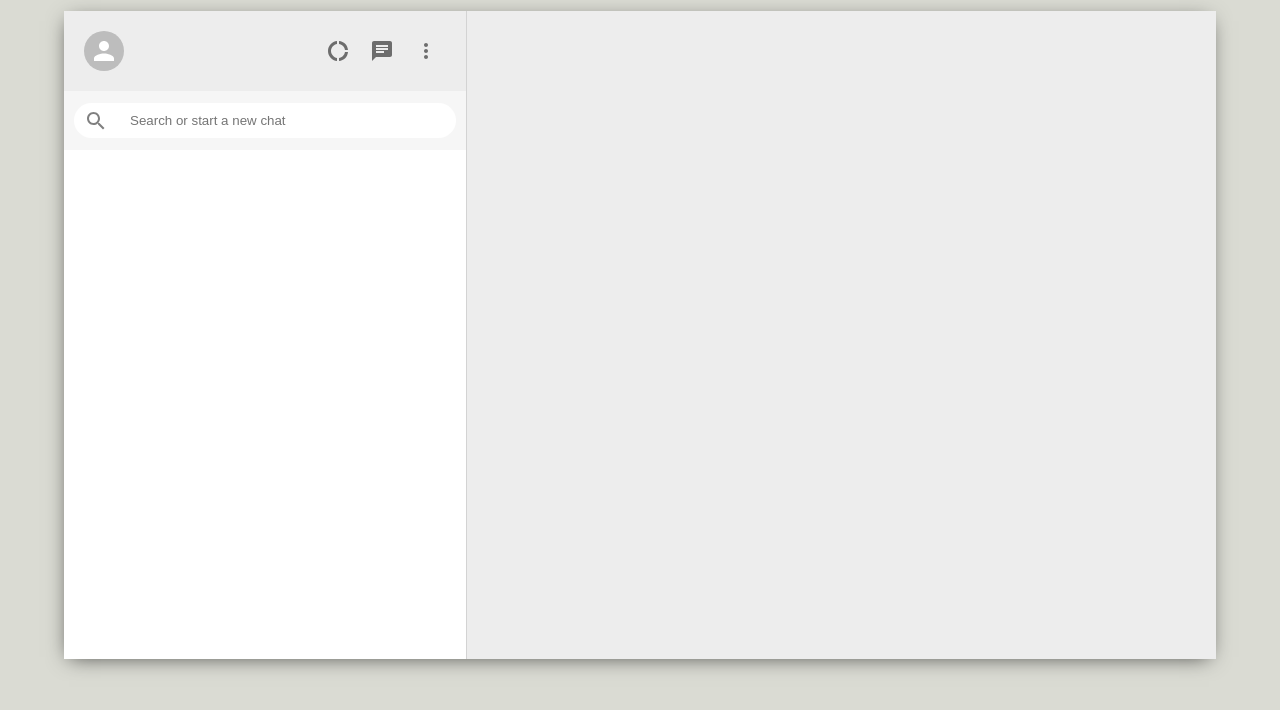
Repository: Aaronlb912/Whatsapp-clone
Page: /
These files come from the project's save history. The page is drawn as it stood at one moment and after a run of saves; the edit follows.
The browser window is 1280 px wide. The pictures show the whole page.
The project was rebuilt for these pictures with package versions that can differ from the ones it lists, and the page was loaded fresh each time. Also part of the build but not shown: src/SidebarChat.css.

Above is the page before, as saved 2022-03-15 14:06:55.

### src/App.jsx
import "./App.css";
import Sidebar from "./Sidebar";

function App() {
  return (
    <div className="app">
      <div className="app__body">
        {/* Sidebar*/}
        <Sidebar />
        {/* Chat */}
      </div>
    </div>
  );
}

export default App;

### src/App.css
.app {
  display: grid;
  place-items: center;
  background-color: #dadbd3;
  height: 100vh;
}

.app__body {
  display: flex;
  background-color: #ededed;
  margin-top: -50px;
  height: 90vh;
  width: 90vw;
  box-shadow: -1px 4px 20px -6px rgba(0, 0, 0, 0.7);
}

### src/Sidebar.jsx
import React from "react";
import "./sidebar.css";
import { Avatar, IconButton } from "@mui/material";

import {
  Chat,
  DonutLarge,
  MoreVert,
  SearchOutlined,
} from "@mui/icons-material";
import SidebarChat from "./SidebarChat";

function Sidebar() {
  return (
    <div className="sidebar">
      <div className="sidebar__header">
        <Avatar />
        <div className="sidebar__headerRight">
          <IconButton>
            <DonutLarge />
          </IconButton>
          <IconButton>
            <Chat />
          </IconButton>
          <IconButton>
            <MoreVert />
          </IconButton>
        </div>
      </div>
      <div className="sidebar__search">
        <div className="sidebar__searchContainer">
          <SearchOutlined />
          <input placeholder="Search or start a new chat" type="text" />
        </div>
      </div>
      <div className="sidebar__chats">
        <SidebarChat />
      </div>
    </div>
  );
}

export default Sidebar;

### src/sidebar.css
.sidebar {
  display: flex;
  flex-direction: column;
  flex: 0.35;
}

.sidebar__search {
  display: flex;
  align-items: center;
  background-color: #f6f6f6;
  height: 39px;
  padding: 10px;
  border-right: 1px solid lightgray;
}

.sidebar__searchContainer {
  display: flex;
  align-items: center;
  background-color: white;
  width: 100%;
  height: 35px;
  border-radius: 20px;
}
.sidebar__searchContainer > input {
  border: none;
  margin-left: 10px;
}
.sidebar__searchContainer > .MuiSvgIcon-root {
  color: gray;
  padding: 10px;
}
.sidebar__header {
  display: flex;
  justify-content: space-between;
  padding: 20px;
  border-right: 1px solid lightgray;
}
.sidebar__headerRight {
  display: flex;
  align-items: center;
  justify-content: space-between;
  min-width: 10vw;
}

.sidebar__headerRight > .MuiSvgIcon-root {
  margin-right: 2vw;
  font-size: 24px !important;
}

.sidebar__chats {
  background-color: white;
  flex: 1;
  border-right: 1px solid lightgray;
  overflow-x: hidden;
  overflow-y: scroll;
}

.sidebar__chats::-webkit-scrollbar {
  display: none;
}

.sidebar__chats {
  -ms-overflow-style: none; /* IE and Edge */
  scrollbar-width: none; /* Firefox */
}

### src/SidebarChat.jsx
import React from 'react'
import './SidebarChat.css'

function SidebarChat() {
  return (
    <div className='sidebarChat'>

    </div>
  )
}

export default SidebarChat

Loaded but not shown: public/index.html (common file); src/index.js (common file); src/index.css (common file); src/reportWebVitals.js (common file)

After the next 6 saves:
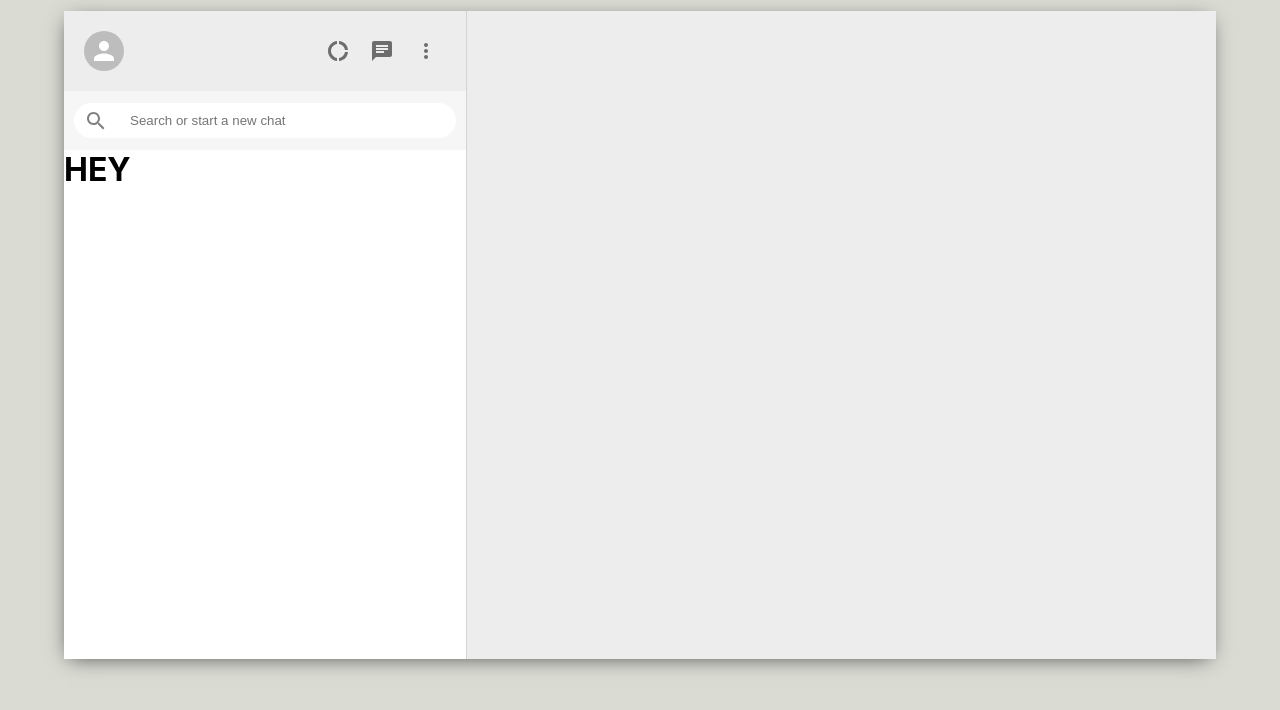
The 6 saves are shown as one change because they came seconds apart.
The last was saved 17 s later.
--- a/src/SidebarChat.jsx
+++ b/src/SidebarChat.jsx
@@ -4,7 +4,7 @@ import './SidebarChat.css'
 function SidebarChat() {
   return (
     <div className='sidebarChat'>
-
+        <h1>HEY</h1>
     </div>
   )
 }
